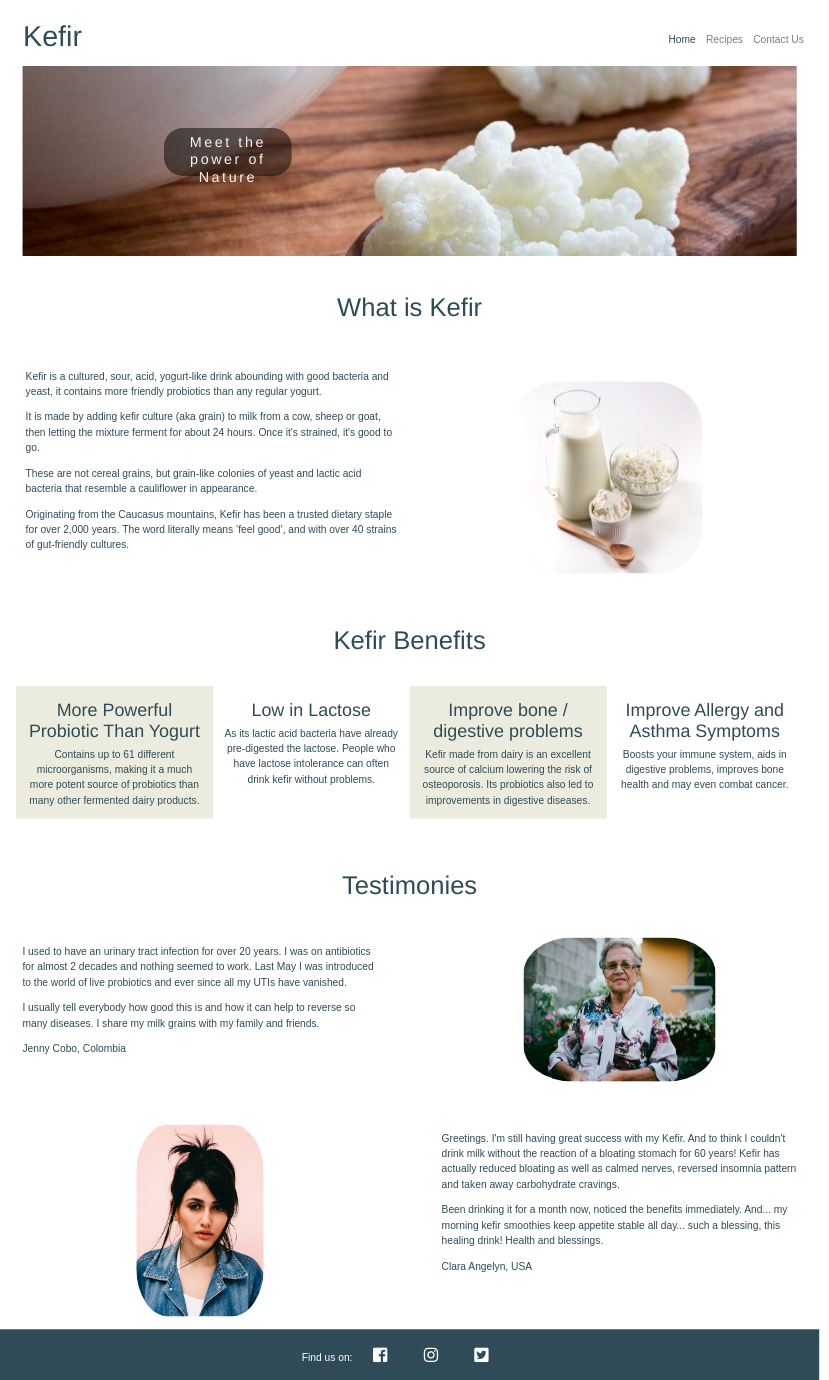
Repository: Code-Institute-Submissions/andna5980-kefir-repo_JuneResub
Page: index.html
The author's editor kept a copy of each file at every save. The page is drawn from the files as they stood at one save, then again after the next save.
The browser window is 1280 px wide. The page is 1295 px wide, so the pictures cover 1295 px, including what lies to the right of the window. The pictures show the whole page, at 64% of full size.
Some web fonts or font styles are not loaded; a fallback is used. Some web libraries are served in a nearby version.

Above is the page before, as saved 2021-03-04 21:46:00.

After the next save:
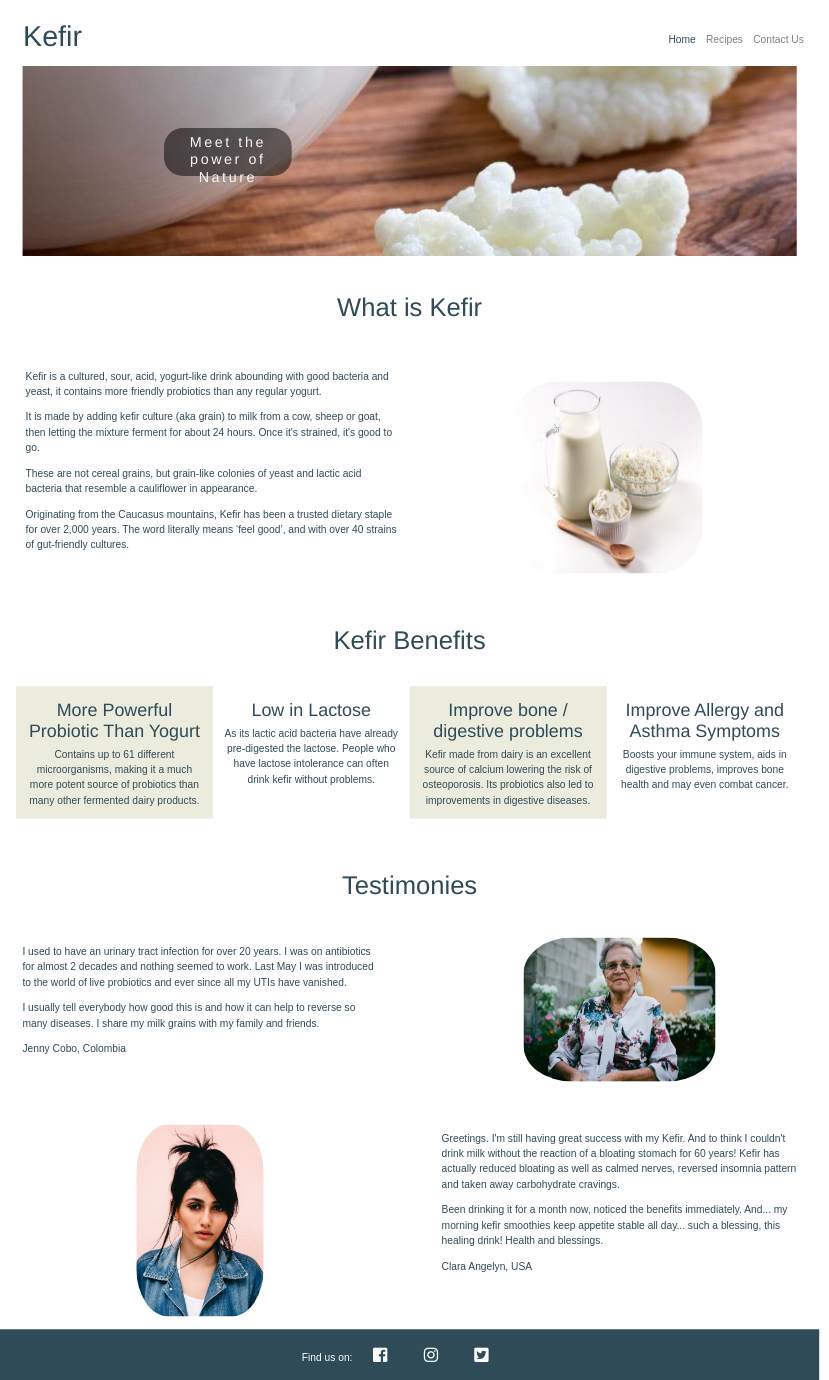
Saved 27 s later.
--- a/assets/styles/style.css
+++ b/assets/styles/style.css
@@ -82,7 +82,7 @@ h1,h2,h3 {
     animation-name: hero-zoom;
     animation-duration: 4s;
     animation-fill-mode: forwards;
-    margin-top: 5%;
+    margin-top: 10%;
 }
 
 .cover-text h2 {
